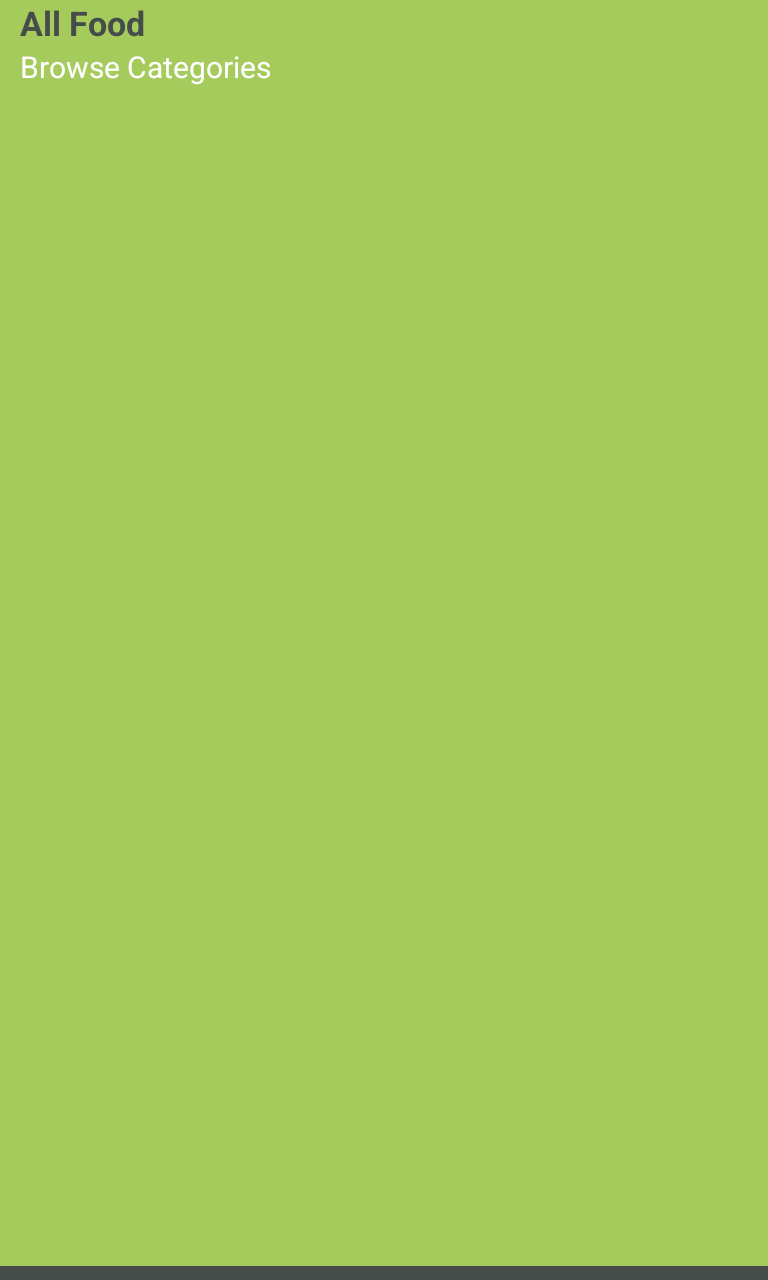
Repository: ShelfLifeApp/ShelfLife-Android
Layout: Implementation/ShelfLifeAndroid/res/layout/listview_header.xml
The author's editor kept a copy of each file at every save. The layout is drawn from the files as they stood at one save, then again after the next save.
It is drawn on a 768 x 1280 px phone screen (xhdpi) without system bars, with theme Theme.Sherlock.Light; the app's code is not run.

Above is the layout before, as saved 2013-05-13 03:48:55.

After the next save:
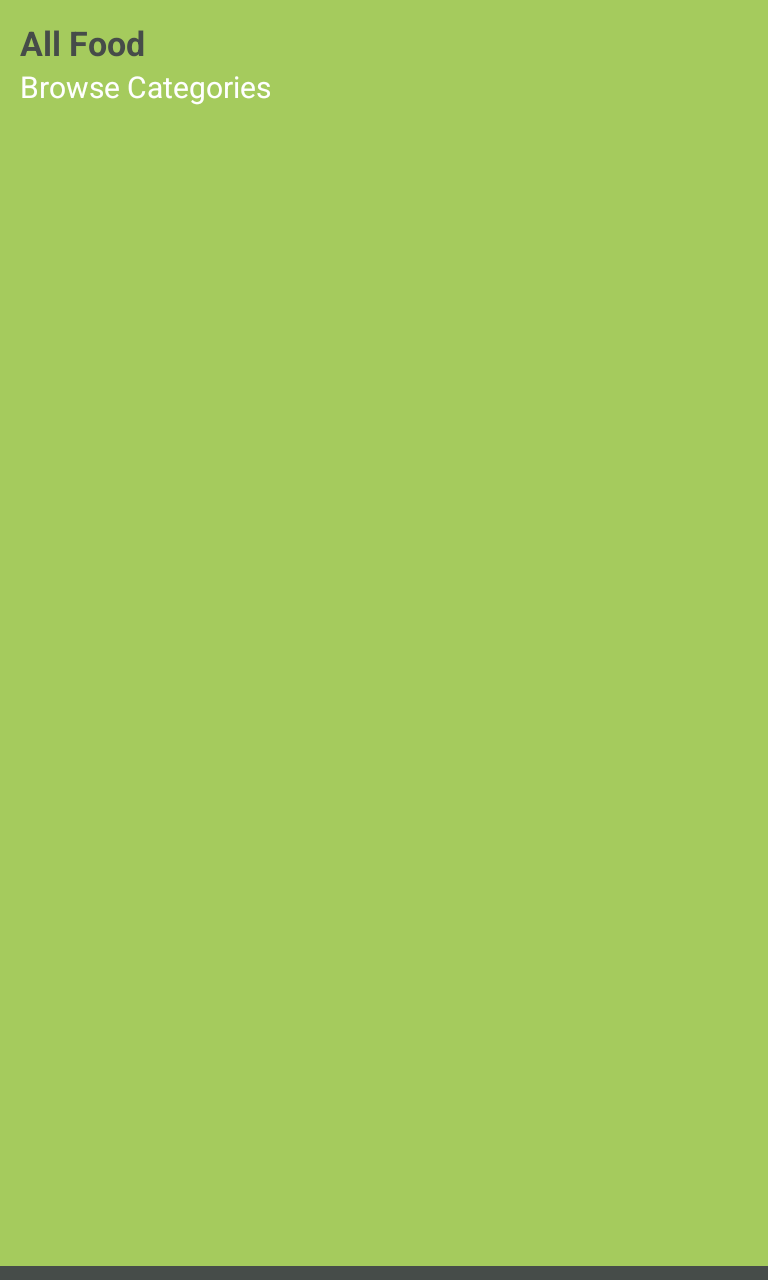
Saved 69 s later.
--- a/Implementation/ShelfLifeAndroid/res/layout/listview_header.xml
+++ b/Implementation/ShelfLifeAndroid/res/layout/listview_header.xml
@@ -11,7 +11,7 @@
         android:orientation="vertical"
         android:gravity="center_vertical"
         android:layout_gravity="center_vertical"
-        android:layout_marginLeft="10dip">
+        android:layout_margin="10dip">
 	    <TextView
 	        android:id="@+id/listview_header_title"
 	        android:layout_width="wrap_content"
